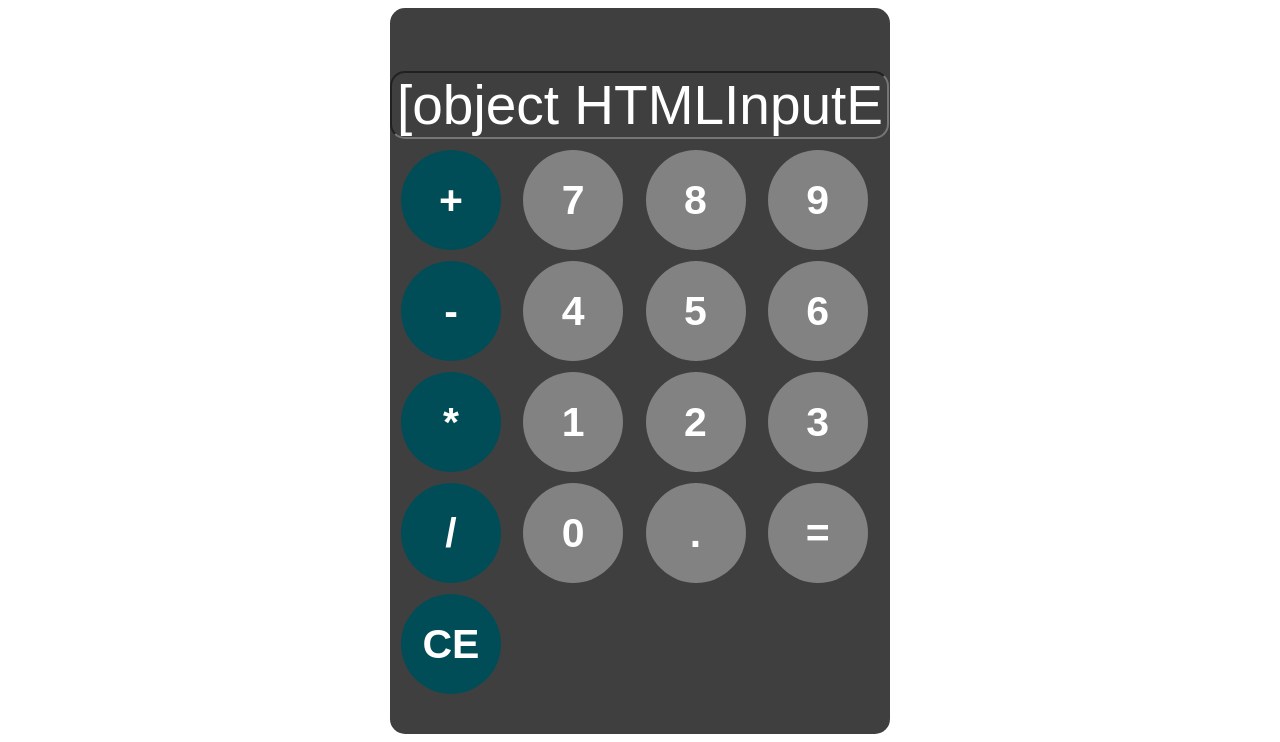
Repository: rkrukshan/JS-Calculator
Page: index.html
The author's editor kept a copy of each file at every save. The page is drawn from the files as they stood at one save, then again after the next save.
The browser window is 1280 px wide. The pictures show the whole page.
After loading, the first visible `button[onclick="result('=')"]` was clicked once.

Above is the page before, as saved 2024-09-02 14:17:14.

### index.html
<!DOCTYPE html>
<html lang="en">

<head>
    <meta charset="UTF-8">
    <meta name="viewport" content="width=device-width, initial-scale=1.0">
    <title>Document</title>
    <link rel="stylesheet" href="style.css">
</head>

<body>
    <div id="calculator">
        <input id="screen" readonly>
        <div id="buttons">

            <button class="operator" onclick="appendScreen('+')">+</button>
            <button onclick="appendScreen('7')">7</button>
            <button onclick="appendScreen('8')">8</button>
            <button onclick="appendScreen('9')">9</button>
            <button class="operator" onclick="appendScreen('-')">-</button>
            <button onclick="appendScreen('4')">4</button>
            <button onclick="appendScreen('5')">5</button>
            <button onclick="appendScreen('6')">6</button>
            <button class="operator" onclick="appendScreen('*')">*</button>
            <button onclick="appendScreen('1')">1</button>
            <button onclick="appendScreen('2')">2</button>
            <button onclick="appendScreen('3')">3</button>
            <button class="operator" onclick="appendScreen('/')">/</button>
            <button onclick="appendScreen('0')">0</button>
            <button onclick="appendScreen('.')">.</button>
            <button onclick="result('=')">=</button>
            <button class="operator" onclick="displayClear('CE')">CE</button>


        </div>
    </div>
    <script src="script.js"></script>
</body>

</html>

### style.css
#calculator {
  display: flexbox;
  align-items: center;
  height: 100vh;
  justify-content: center;
  border: none;
  max-width: 500px;
  max-height: 600px;
  margin: auto;
  padding: 5% 0;
  background-color: hsl(0, 1%, 25%);
  border-radius: 15px;
}
#screen {
  width: 97%;
  max-height: 100%;
  color: white;
  font-size: 55px;
  border-radius: 15px;
  padding: 0 5px;
  background-color: transparent;
}
#buttons {
  display: grid;
  grid-template-columns: repeat(4, 1fr);
  align-items: center;
  justify-content: center;
  gap: 11px;
  padding: 11px;
}
button {
  width: 100px;
  height: 100px;
  border-radius: 50px;
  color: white;
  background-color: hsl(0, 0%, 51%);
  font-size: 41px;
  font-weight: bold;
  cursor: pointer;
  border: none;
}
button:active {
  background-color: hsl(0, 1%, 45%);
  box-shadow: 1px 1px 15px rgb(100, 206, 241);
}

.operator {
  background-color: rgb(0, 77, 88);
}
.operator:active {
  background-color: hsla(188, 96%, 22%, 0.466);
  box-shadow: 1px 1px 15px rgb(100, 206, 255);
}

### script.js
const displayScreen = document.getElementById("screen");

const appendScreen = (input) => {
  displayScreen.value += input;
};

const displayClear = () => {
  displayScreen.value = 0;
};

const result = () => {
  try {
    displayScreen.value = eval(displayScreen);
  } catch (error) {
    displayScreen.value = "NAN";
  }
};

After the next save:
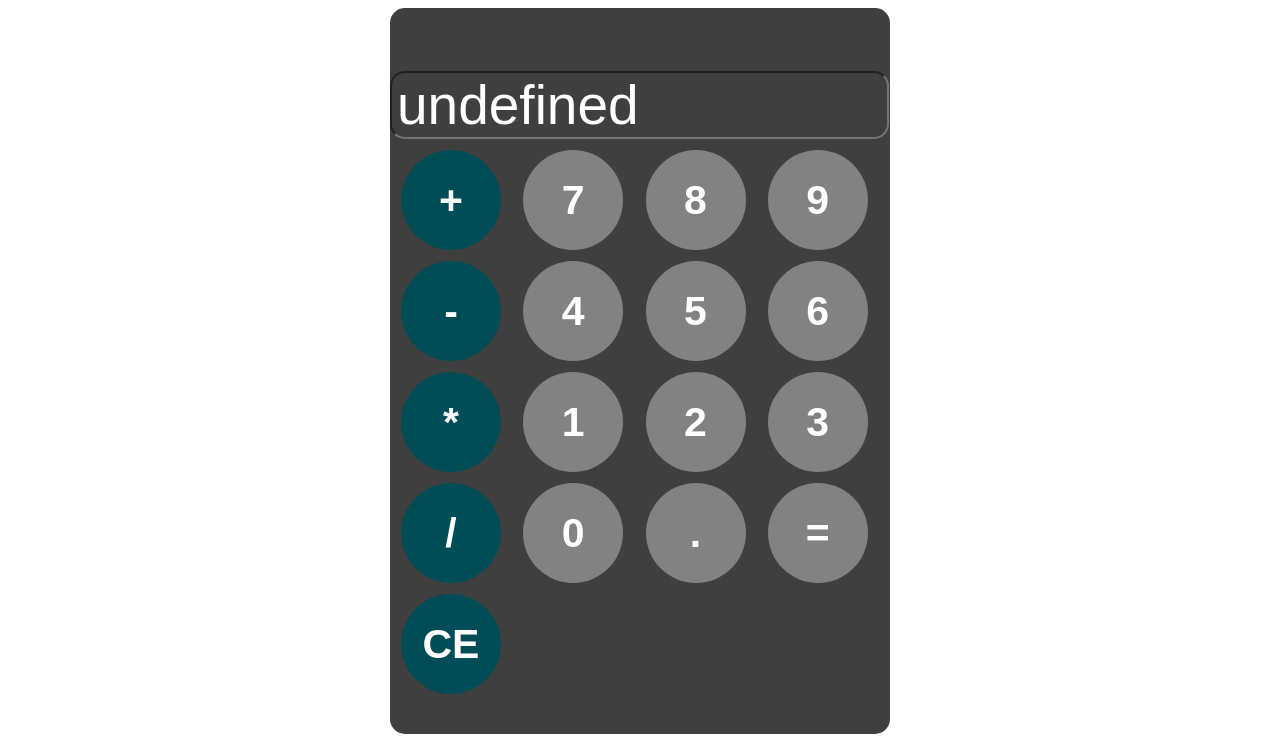
Saved 70 s later.
--- a/script.js
+++ b/script.js
@@ -10,7 +10,7 @@ const displayClear = () => {
 
 const result = () => {
   try {
-    displayScreen.value = eval(displayScreen);
+    displayScreen.value = eval(displayScreen.value);
   } catch (error) {
     displayScreen.value = "NAN";
   }
